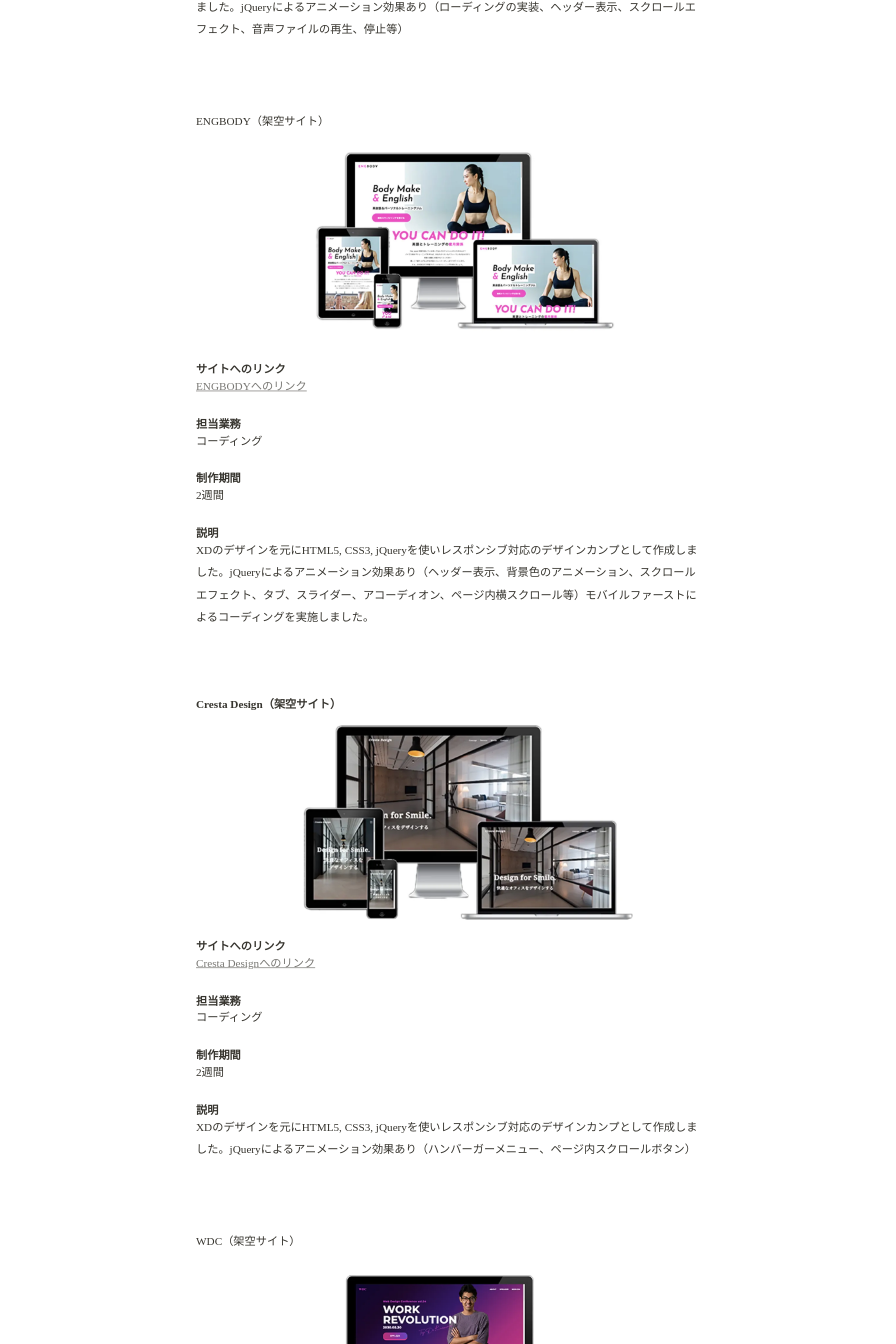
Repository: tetishi/my-portfolio
Page: index.html
These files come from the project's save history. The page is drawn as it stood at one moment and after a run of saves; the edit follows.
The browser window is 1280 px wide. The pictures show the part of the page from y = 4580 to 6500 px (the page is 11467 px tall before and 11451 px after), at 70% of full size.
The style sheet was rebuilt from its Sass, Less or Tailwind sources for each picture, by a compiler version that may differ from the author's.

Above is the page before, as saved 2024-05-19 15:56:42.

### index.html
<!DOCTYPE html>
<html lang="ja">

<head>
    <meta name="robots" content="noindex">
    <meta charset="UTF-8">
    <meta name="viewport" content="width=device-width, initial-scale=1.0">
    <meta http-equiv="X-UA-Compatible" content="ie=edge">
    <meta property="og:title" content="石田哲朗のポートフォリオ" />
    <meta property="og:type" content="website" />
    <meta property="og:url" content="http://tetsuroishida.com/" />
    <meta property="og:image" content="#" />
    <meta property="og:site_name" content="ポートフォリオ" />
    <meta property="og:description" content="石田哲朗のポートフォリオです。過去の作品、スキル、使用ツール、自己紹介を掲載しております。" />
    <title>石田哲朗のポートフォリオ</title>
    <link rel="stylesheet" href="reset.css">
    <link rel="stylesheet" href="style.css">
    <link rel="icon" href="img/favicon.ico">
</head>

<body>
    <header class="header">
        <div class="header-inner">
            <h1 class="logo">
                <a href="/">
                    <img class="logo_img" src="img/favicon.png" alt="">
                </a>
            </h1>
            <nav class="header-nav">
                <ul class="header-ul">
                    <li class="header-li">
                        <a href="#">過去の作品</a>
                    </li>
                    <li class="header-li">
                        <a href="#">スキル</a>
                    </li>
                    <li class="header-li">
                        <a href="#">使用ツール</a>
                    </li>
                    <li class="header-li">
                        <a href="#">私について</a>
                    </li>
                </ul>
            </nav>
            <button class="mobile-menu_btn">
                <span></span>
                <span></span>
                <span></span>
            </button>
            <div class="mobile-header">
                <nav class="mobile-header_nav">
                    <ul class="mobile-header_ul">
                        <li class="mobile-header_li">
                            <a href="#">過去の作品</a>
                        </li>
                        <li class="mobile-header_li">
                            <a href="#">スキル</a>
                        </li>
                        <li class="mobile-header_li">
                            <a href="#">使用ツール</a>
                        </li>
                        <li class="mobile-header_li">
                            <a href="#">私について</a>
                        </li>
                    </ul>
                </nav>
            </div>
        </div>
    </header>

    <main>

        <section>
            <!-- ここ記入 -->
            <h1>ポートフォリオ<br class="d-none">（石田 哲朗）</h1>
            <p>お忙しい中 ご覧頂きありがとうございます。</p>
            <p>以下、過去の作品でございます。</p>
            <!-- ここ記入 -->
            <!-- <p>ベーシック認証がかかっているものは<br>ID aaa<br>パスワード aaa<br> です。</p> -->
        </section>
        <section>

            <h2>過去の作品</h2>
            <h3 class="sub-tit">LP作成</h3>

            <!-- １作品目 -->
            <div class="work">
                <!-- ここ記入 -->
                <h3 class="work_tit">UNIVERSAL HOLDINGS様／山中湖オリオン</h3>

                <!-- サイトのイメージ写真を入れます -->
                <a class="work_img-link" target="_blank" href="https://orion.universalholdings.jp/">
                    <picture>
                        <source srcset="img/universal-holdings@2x.webp" type="image/webp">
                        <img src="img/universal-holdings@2x.png">
                    </picture>
                </a>
                <p>
                    UNIVERSAL HOLDINGS様の貸別荘ビジネス「山中湖オリオン」についてのLP（ランディングページ）を制作致しました。<br>
                    「山中湖オリオン」は優れた強固な構造が特徴で、長期の運用が可能なフィンランドログを使用した貸別荘です。<br>
                </p>
                <h3 class="details">サイトへのリンク</h3>
                <!-- ここ記入 -->
                <p class="work_link"><a target="_blank" rel="noopener noreferrer" href="https://orion.universalholdings.jp/">UNIVERSAL HOLDINGS様／山中湖オリオンのLPへのリンク</a></p>
                <p class="work_link"><a target="_blank" rel="noopener noreferrer" href="https://orion-salon.universalholdings.jp/">UNIVERSAL HOLDINGS様／山中湖オリオン ABテスト用LPへのリンク</a></p>

                <h3 class="details">担当業務</h3>
                <p>コーディング / WordPress</p>
                <h3 class="details">サイトの目的</h3>
                <p>共同事業パートナーの募集 / 事業の認知</p>
                <h3 class="details">制作期間</h3>
                <!-- ここ記入 -->
                <p>約5日（コーディング / WordPress）</p>
                <h3 class="details">説明</h3>
                <!-- ここ記入 -->
                <p>
                    UNIVERSAL HOLDINGS様の貸別荘ビジネス「山中湖オリオン」についてのLP（ランディングページ）を制作致しました。<br>
                    「山中湖オリオン」は優れた強固な構造が特徴で、長期の運用が可能なフィンランドログを使用した貸別荘です。<br>
                    デザインパートナーにてデザインを作成、Photoshopのデザインを元にHTML5, CSS3, JavaScript(jQuery)を使用しLPをコーディング、WordPress化致しました。<br>
                    ・ユーザーにとってクリックしやすくなるように、ボタンは光るようにコーディングしております。<br>
                    ・ABテスト用に一部異なるデザインのLPも制作致しました。
                </p>
            </div>


            <!-- 2作品目 -->
            <div class="work">
                <!-- ここ記入 -->
                <h3 class="work_tit">合同会社シュアーズ様／AIオートメーションシステムのLP</h3>

                <!-- サイトのイメージ写真を入れます -->
                <a class="work_img-link" target="_blank" href="https://sedori-go.com/automation-b/">
                    <picture>
                        <source srcset="img/automation-b@2x.webp" type="image/webp">
                        <img src="img/automation-b@2x.png">
                    </picture>
                </a>
                <!-- ここ記入 -->
                <p>
                    合同会社シュアーズ様のAIオートメーションシステムについてのLP（ランディングページ）を制作致しました。<br>
                    平凡なサラリーマンがネット販売で独立を叶え、起業初年度に「1億円」を叶えた特効薬（秘密）を初公開しております。
                </p>

                <h3 class="details">サイトへのリンク</h3>
                <p class="work_link"><a target="_blank" rel="noopener noreferrer" href="https://sedori-go.com/automation-b/">AIオートメーションシステムのLPへのリンク</a></p>

                <h3 class="details">担当業務</h3>
                <p>コーディング / ディレクション</p>

                <h3 class="details">サイトの目的</h3>
                <p>サービスの認知 / 新規クライアントの獲得</p>

                <h3 class="details">制作期間</h3>
                <!-- ここ記入 -->
                <p>5日（コーディング / ディレクション）</p>

                <h3 class="details">説明</h3>
                <!-- ここ記入 -->
                <p>デザインパートナーにてデザインを作成、Figmaのデザインを元にHTML5、CSS3、JavaScript（jQuery）を使いレスポンシブ対応のLPを制作致しました。<br>
                    ・MyASPを使用し、メール配信機能を実装しました。<br>
                    ・お客様とデザイナーの間に立ち、お客様のご要望が上手くデザイナーに伝わるように、ディレクション業務も行いました。
                </p>
            </div>

            <!-- 3作品目 -->
            <div class="work">
                <h3 class="work_tit">合同会社シュアーズ様／AIオートメーションのLP</h3>

                <!-- サイトのイメージ写真を入れます -->
                <a class="work_img-link" target="_blank" href="https://sedori-go.com/automationlp/">
                    <picture>
                        <source srcset="img/automation-a@2x.webp" type="image/webp">
                        <img src="img/automation-a@2x.png">
                    </picture>
                </a>
                <!-- ここ記入 -->
                <p>
                    合同会社シュアーズ様のAIオートメーションシステムについてのLP（ランディングページ）を制作致しました。<br>
                    自分でリサーチしない、勝手に利益商品をみつけてくれるAIオートメーションシステムです。
                </p>

                <h3 class="details">サイトへのリンク</h3>
                <p class="work_link"><a target="_blank" rel="noopener noreferrer" href="https://sedori-go.com/automationlp/">AIオートメーションのLPへのリンク</a></p>

                <h3 class="details">担当業務</h3>
                <p>コーディング / ディレクション</p>

                <h3 class="details">サイトの目的</h3>
                <p>サービスの認知 / 新規クライアントの獲得</p>

                <h3 class="details">制作期間</h3>
                <!-- ここ記入 -->
                <!-- <p>11日（6日デザイン、5日コーディング）</p> -->
                <p>5日（コーディング / ディレクション）</p>

                <h3 class="details">説明</h3>
                <!-- ここ記入 -->
                <p>デザインパートナーにてデザインを作成、Figmaのデザインを元にHTML5、CSS3、JavaScript（jQuery）を使いレスポンシブ対応のLPを制作致しました。<br>
                    ・MyASPを使用し、メール配信機能を実装しました。<br>
                    ・お客様とデザイナーの間に立ち、お客様のご要望が上手くデザイナーに伝わるように、ディレクション業務も行いました。
                </p>
            </div>

            <!-- 4作品目 -->
            <div class="work">
                <!-- ここ記入 -->
                <h3 class="work_tit">Planet Hunters（架空サイト）</h3>

                <!-- サイトのイメージ写真を入れます -->
                <a class="work_img-link" target="_blank" href="https://tetishi.github.io/planet-hunters/">
                    <picture>
                        <source srcset="img/planet-hunters@2x.webp" type="image/webp">
                        <img src="img/planet-hunters@2x.png">
                    </picture>
                </a>
                <!-- ここ記入 -->
                <h3 class="details">サイトへのリンク</h3>
                <p class="work_link"><a target="_blank" rel="noopener noreferrer" href="https://tetishi.github.io/planet-hunters/">Planet Huntersへのリンク</a></p>

                <h3 class="details">担当業務</h3>
                <p>コーディング</p>

                <h3 class="details">制作期間</h3>
                <!-- ここ記入 -->
                <p>1週間</p>

                <h3 class="details">説明</h3>
                <!-- ここ記入 -->
                <p>Figmaのデザインを元にHTML5, CSS3, jQueryを使いレスポンシブ対応のデザインカンプとして作成しました。jQueryによるアニメーション効果あり（ローディングの実装、ヘッダー表示、スクロールエフェクト、音声ファイルの再生、停止等）</p>
            </div>

            <!-- 5作品目 -->
            <div class="work">
                <!-- ここ記入 -->
                <p class="work_tit">ENGBODY（架空サイト）</p>

                <!-- サイトのイメージ写真を入れます -->
                <a class="work_img-link" target="_blank" href="https://tetishi.github.io/engbody/">
                    <picture>
                        <source srcset="img/engbody@2x.webp" type="image/webp">
                        <img src="img/engbody@2x.png">
                    </picture>
                </a>
                <!-- ここ記入 -->
                <h3 class="details">サイトへのリンク</h3>
                <p class="work_link"><a target="_blank" rel="noopener noreferrer" href="https://tetishi.github.io/engbody/">ENGBODYへのリンク</a></p>

                <h3 class="details">担当業務</h3>
                <p>コーディング</p>

                <h3 class="details">制作期間</h3>
                <!-- ここ記入 -->
                <p>2週間</p>
                <h3 class="details">説明</h3>
                <!-- ここ記入 -->
                <p>XDのデザインを元にHTML5, CSS3, jQueryを使いレスポンシブ対応のデザインカンプとして作成しました。jQueryによるアニメーション効果あり（ヘッダー表示、背景色のアニメーション、スクロールエフェクト、タブ、スライダー、アコーディオン、ページ内横スクロール等）モバイルファーストによるコーディングを実施しました。</p>
            </div>

            <!-- 　6作品目 -->
            <div class="work">
                <!-- ここ記入 -->
                <h3 class="work_tit">Cresta Design（架空サイト）</h3>

                <!-- サイトのイメージ写真を入れます -->
                <a class="work_img-link" target="_blank" href="https://tetishi.github.io/cresta-design/">
                    <picture>
                        <source srcset="img/cresta-design@2x.webp" type="image/webp">
                        <img src="img/cresta-design@2x.png">
                    </picture>
                </a>
                <!-- ここ記入 -->
                <h3 class="details">サイトへのリンク</h3>
                <p class="work_link"><a target="_blank" rel="noopener noreferrer" href="https://tetishi.github.io/cresta-design/">Cresta Designへのリンク</a></p>

                <h3 class="details">担当業務</h3>
                <p>コーディング</p>

                <h3 class="details">制作期間</h3>
                <!-- ここ記入 -->
                <p>2週間</p>

                <h3 class="details">説明</h3>
                <!-- ここ記入 -->
                <p>XDのデザインを元にHTML5, CSS3, jQueryを使いレスポンシブ対応のデザインカンプとして作成しました。jQueryによるアニメーション効果あり（ハンバーガーメニュー、ページ内スクロールボタン）</p>
            </div>

            <!-- 　7作品目 -->
            <div class="work">
                                <!-- ここ記入 -->
                                <p class="work_tit">WDC（架空サイト）</p>

                <!-- サイトのイメージ写真を入れます -->
                <picture>
                    <source srcset="img/wdc@2x.webp" type="image/webp">
                    <img src="img/wdc@2x.png">
                </picture>
                <!-- ここ記入 -->
                <p class="work_link"><a target="_blank" rel="noopener noreferrer" href="https://tetishi.github.io/wdc/">WDCへのリンク</a></p>
                <p class="details">＊担当業務</p>
                <p>コーディング</p>
                <p class="details">＊制作期間</p>
                <!-- ここ記入 -->
                <p>2週間</p>
                <p class="details">＊説明</p>
                <!-- ここ記入 -->
                <p>XDのデザインを元にHTML5, CSS3, jQueryを使いレスポンシブ対応のデザインカンプとして作成しました。jQueryによるアニメーション効果あり（ページ内スクロールボタン、トップに戻るボタン）</p>
            </div>

            <!-- 　8作品目 -->
            <div class="work">
                <!-- サイトのイメージ写真を入れます -->
                <picture>
                    <source srcset="img/munchkin@2x.webp" type="image/webp">
                    <img src="img/munchkin@2x.png">
                </picture>
                <!-- ここ記入 -->
                <p class="work_tit">MUNCHKIN（架空サイト）</p>
                <!-- ここ記入 -->
                <p class="work_link"><a target="_blank" rel="noopener noreferrer" href="https://tetishi.github.io/munchkin2/">MUNCHKINへのリンク</a></p>
                <p class="details">＊担当業務</p>
                <p>コーディング</p>
                <p class="details">＊制作期間</p>
                <!-- ここ記入 -->
                <p>1週間</p>
                <p class="details">＊説明</p>
                <!-- ここ記入 -->
                <p>XDのデザインを元にHTML5, CSS3, jQueryを使いレスポンシブ対応のデザインカンプとして作成しました。jQueryによるアニメーション効果あり（ハンバーガーメニュー、スクロールボタン）</p>
            </div>


            <h3 class="sub-tit">コーポレイトサイト作成</h3>
            <!-- 　1作品目 -->
            <div class="work">
                <!-- サイトのイメージ写真を入れます -->
                <picture>
                    <source srcset="img/pon-design@2x.webp" type="image/webp">
                    <img src="img/pon-design@2x.png">
                </picture>
                <!-- ここ記入 -->
                <p class="work_tit">PON DESIGN（架空サイト）</p>
                <!-- ここ記入 -->
                <p class="work_link"><a target="_blank" rel="noopener noreferrer" href="https://tetishi.github.io/pon-design/">PON DESIGNへのリンク</a></p>
                <p class="details">＊担当業務</p>
                <p>コーディング</p>
                <p class="details">＊制作期間</p>
                <!-- ここ記入 -->
                <p>約18日</p>
                <p class="details">＊説明</p>
                <!-- ここ記入 -->
                <p>XDのデザインを元にHTML5, CSS3, jQueryを使いレスポンシブ対応のデザインカンプとして作成しました。jQueryによるアニメーション効果あり（ハンバーガーメニュー、スライダー等）</p>
            </div>


            <!-- 　2作品目 -->
            <div class="work">
                <!-- サイトのイメージ写真を入れます -->
                <picture>
                    <source srcset="img/start@2x.webp" type="image/webp">
                    <img src="img/start@2x.png">
                </picture>
                <!-- ここ記入 -->
                <p class="work_tit">START（架空サイト）</p>
                <!-- ここ記入 -->
                <p class="work_link"><a target="_blank" rel="noopener noreferrer" href="https://tetishi.github.io/">STARTへのリンク</a></p>
                <p class="details">＊担当業務</p>
                <p>コーディング</p>
                <p class="details">＊制作期間</p>
                <!-- ここ記入 -->
                <p>1週間</p>
                <p class="details">＊説明</p>
                <!-- ここ記入 -->
                <p>XDのデザインを元にHTML5, CSS3, jQueryを使いレスポンシブ対応のデザインカンプとして作成しました。jQueryによるアニメーション効果あり（ハンバーガーメニュー）</p>
            </div>

            <!-- <div class="work"> -->
                <!-- サイトのイメージ写真を入れます -->
                <!-- <picture>
                    <source srcset="img/#" type="image/webp">
                    <img src="img/#">
                </picture> -->
                <!-- ここ記入 -->
                <!-- <p class="work_tit">ここに作品のタイトルを入れます</p> -->
                <!-- ここ記入 -->
                <!-- <p class="work_link"><a target="_blank" rel="noopener noreferrer" href="#">ここにリンクを入れます</a></p>
                <p class="details">＊担当業務</p>
                <p>コーディング</p>
                <p class="details">＊制作期間</p> -->
                <!-- ここ記入 -->
                <!-- <p>○週間</p>
                <p class="details">＊説明</p> -->
                <!-- ここ記入 -->
                <!-- <p>ここに説明文を入れます</p>
            </div> -->


        </section>
        <section>
            <h2>スキル</h2>
            <h3 class="info-tit">使用言語</h3>
            <p>HTML / CSS / Sass / Javascript / SEO / PHP</p>
            <h3 class="info-tit">フレ-ムワーク</h3>
            <p>jQuery / WordPress</p>
        </section>
        <section>
            <h2>使用ツール</h2>
            <h3 class="info-tit">エディター</h3>
            <p>Visual Studio Code</p>
            <h3 class="info-tit">テストサーバー</h3>
            <p>シン・クラウド for Free / エックスフリー</p>
            <h3 class="info-tit">バージョン管理ツール</h3>
            <p>GitHub</p>
            <h3 class="info-tit">連絡ツール</h3>
            <p>slack / Chatwork</p>
        </section>
        <section>
            <h2>私について</h2>
            <!-- 自分の写真を入れます -->
            <picture>
                <source srcset="img/myself.webp" type="image/webp">
                <img class="people" src="img/myself.jpeg">
            </picture>
            <!-- <img class="people" src="img/myself.jpeg"> -->
            <h3 class="info-tit">名前</h3>
            <!-- ここ記入 -->
            <p>石田 哲朗</p>
            <h3 class="info-tit">生年月日</h3>
            <!-- ここ記入 -->
            <p>1992年11月12日</p>
            <h3 class="info-tit">出身</h3>
            <!-- ここ記入 -->
            <p>奈良県</p>
            <h3 class="info-tit">経歴</h3>
            <!-- ここ記入 -->
            <ul class="carrier-list">
                <li class="carrier-item">
                    <p class="carrier-year">2015</p>
                    <p class="carrier-content">大阪の大学を経済学部で卒業</p>
                </li>
                <li class="carrier-item">
                    <p class="carrier-year">2015 - 2017</p>
                    <p class="carrier-content">アメリカ、ロサンゼルスの語学学校で英語を学ぶ</p>
                </li>
                <li class="carrier-item">
                    <p class="carrier-year">2017 - 2019</p>
                    <p class="carrier-content">カリフォルニア州オークランドにあるLaney Collegeにてコンピュータプログラミング専攻し卒業</p>
                </li>
                <li class="carrier-item">
                    <p class="carrier-year">2019</p>
                    <p class="carrier-content">フリーランスのWebエンジニアとして活動</p>
                </li>
                <li class="carrier-item">
                    <p class="carrier-year">2019 - 2020</p>
                    <p class="carrier-content">プログラミングスクールにてRuby on Ralisなどを学び実際に業務としてWeb開発を実施</p>
                </li>
                <li class="carrier-item">
                    <p class="carrier-year">2021 ~ 2023</p>
                    <p class="carrier-content">ネットワークエンジニアとして勤務</p>
                </li>
                <li class="carrier-item">
                    <p class="carrier-year">2022 ~ 現在</p>
                    <p class="carrier-content">フリーランスのWebエンジニアとして活動中</p>
                </li>
            </ul>
        </section>



    </main>

    <footer class="footer">
        <div class="footer-copyright">
            <p>
                © 2023 Tetsuro Ishida's portfolio All rights reserved
            </p>
        </div>
    </footer>

</body>

</html>

### reset.css
/*
html5doctor.com Reset Stylesheet
v1.6.1
Last Updated: 2010-09-17
Author: Richard Clark - http://richclarkdesign.com
Twitter: @rich_clark
*/

html,
body,
div,
span,
object,
iframe,
h1,
h2,
h3,
h4,
h5,
h6,
p,
blockquote,
pre,
abbr,
address,
cite,
code,
del,
dfn,
em,
img,
ins,
kbd,
q,
samp,
small,
strong,
sub,
sup,
var,
b,
i,
dl,
dt,
dd,
ol,
ul,
li,
fieldset,
form,
label,
legend,
table,
caption,
tbody,
tfoot,
thead,
tr,
th,
td,
article,
aside,
canvas,
details,
figcaption,
figure,
footer,
header,
hgroup,
menu,
nav,
section,
summary,
time,
mark,
audio,
video {
    margin: 0;
    padding: 0;
    border: 0;
    outline: 0;
    font-size: 100%;
    vertical-align: baseline;
    background: transparent;
}

body {
    line-height: 1;
}

article,
aside,
details,
figcaption,
figure,
footer,
header,
hgroup,
menu,
nav,
section {
    display: block;
}

nav ul {
    list-style: none;
}

blockquote,
q {
    quotes: none;
}

blockquote:before,
blockquote:after,
q:before,
q:after {
    content: '';
    content: none;
}

a {
    margin: 0;
    padding: 0;
    font-size: 100%;
    vertical-align: baseline;
    background: transparent;
}


/* change colours to suit your needs */

ins {
    background-color: #ff9;
    color: #000;
    text-decoration: none;
}


/* change colours to suit your needs */

mark {
    background-color: #ff9;
    color: #000;
    font-style: italic;
    font-weight: bold;
}

del {
    text-decoration: line-through;
}

abbr[title],
dfn[title] {
    border-bottom: 1px dotted;
    cursor: help;
}

table {
    border-collapse: collapse;
    border-spacing: 0;
}


/* change border colour to suit your needs */

hr {
    display: block;
    height: 1px;
    border: 0;
    border-top: 1px solid #cccccc;
    margin: 1em 0;
    padding: 0;
}

input,
select {
    vertical-align: middle;
}


/*end reset css*/

Loaded but not shown: style.scss (210 lines, source omitted)

After the next 3 saves:
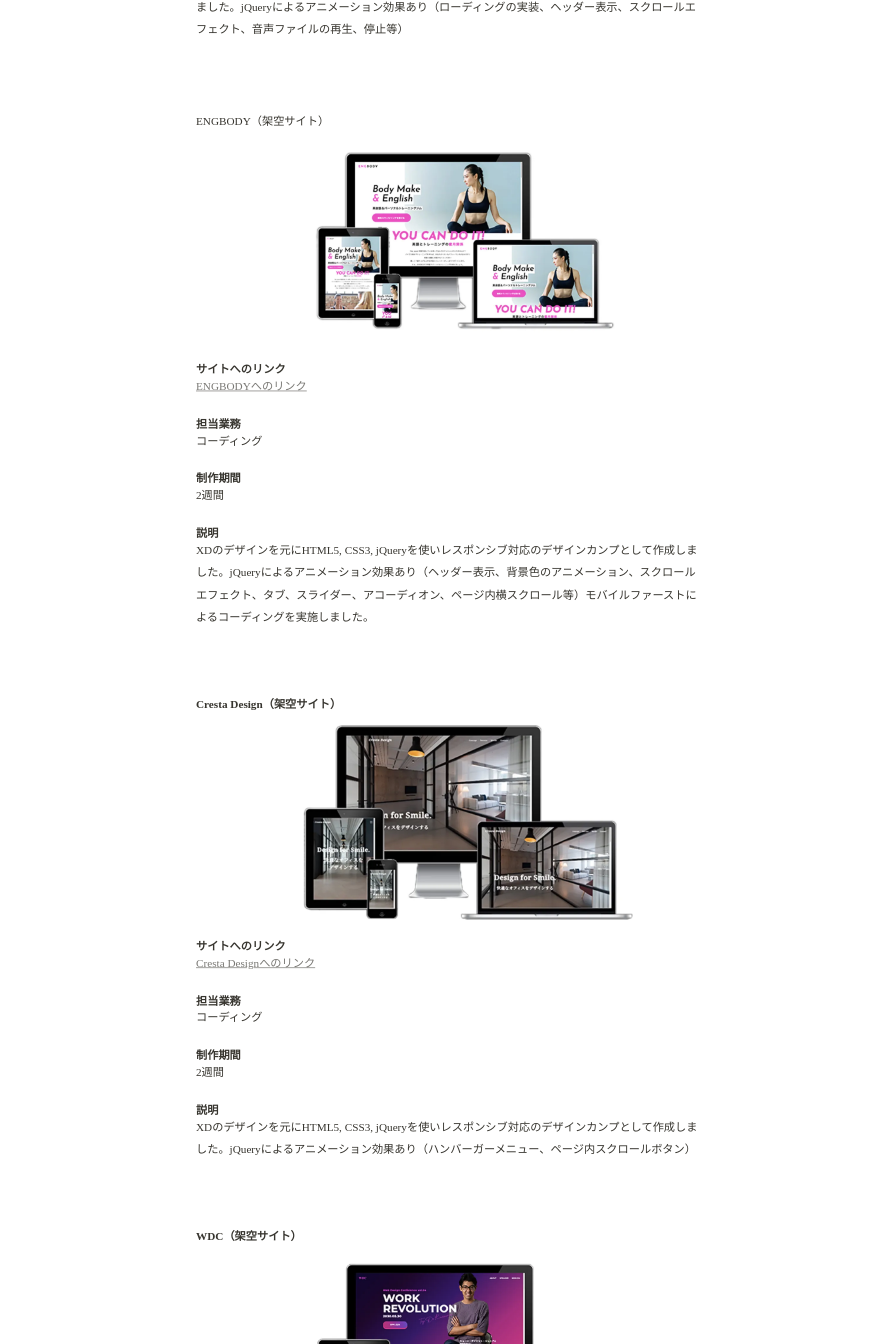
The 3 saves are shown as one change because they came seconds apart.
The last was saved 11 s later.
--- a/index.html
+++ b/index.html
@@ -286,8 +286,8 @@
 
             <!-- 　7作品目 -->
             <div class="work">
-                                <!-- ここ記入 -->
-                                <p class="work_tit">WDC（架空サイト）</p>
+                <!-- ここ記入 -->
+                <h3 class="work_tit">WDC（架空サイト）</h3>
 
                 <!-- サイトのイメージ写真を入れます -->
                 <picture>
